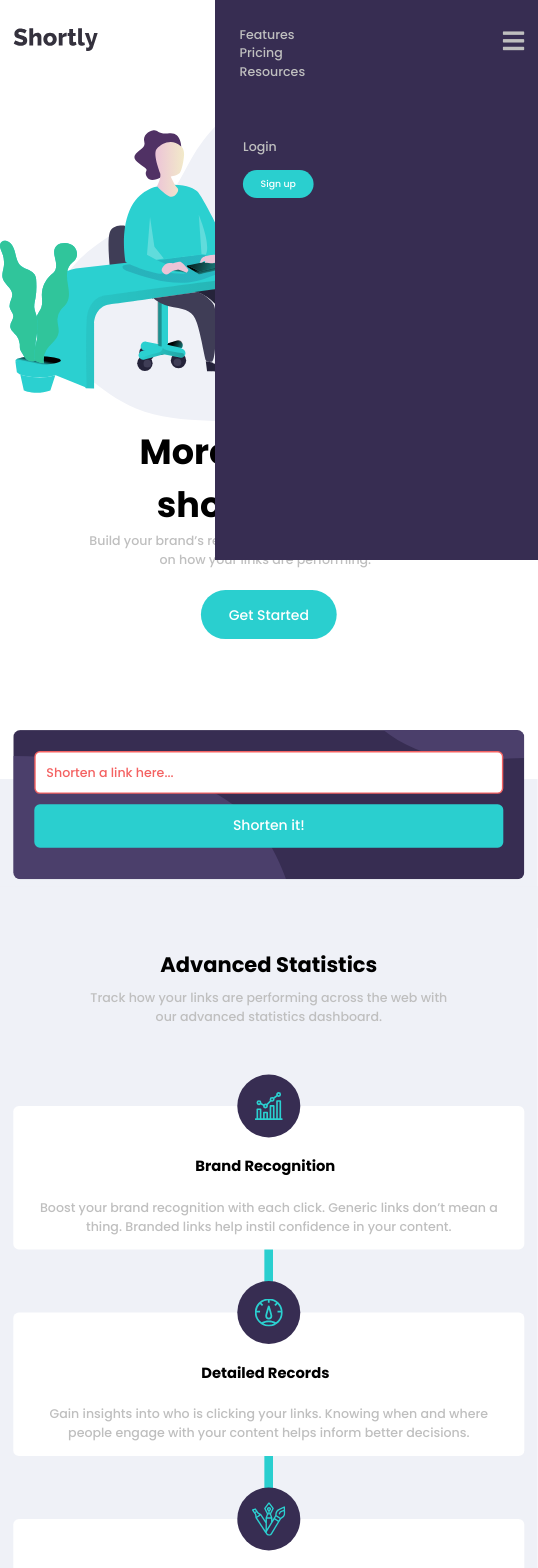
Repository: mamulini/URL-shortener
Page: index.html
The author's editor kept a copy of each file at every save. The page is drawn from the files as they stood at one save, then again after the next save.
The browser window is 768 px wide. The pictures show the part of the page from y = 0 to 2240 px (the page is 3167 px tall), at 70% of full size.
Some web libraries are served in a nearby version. The style sheet was rebuilt from its Sass, Less or Tailwind sources for each picture, by a compiler version that may differ from the author's.

Above is the page before, as saved 2020-04-29 12:44:38.

After the next save:
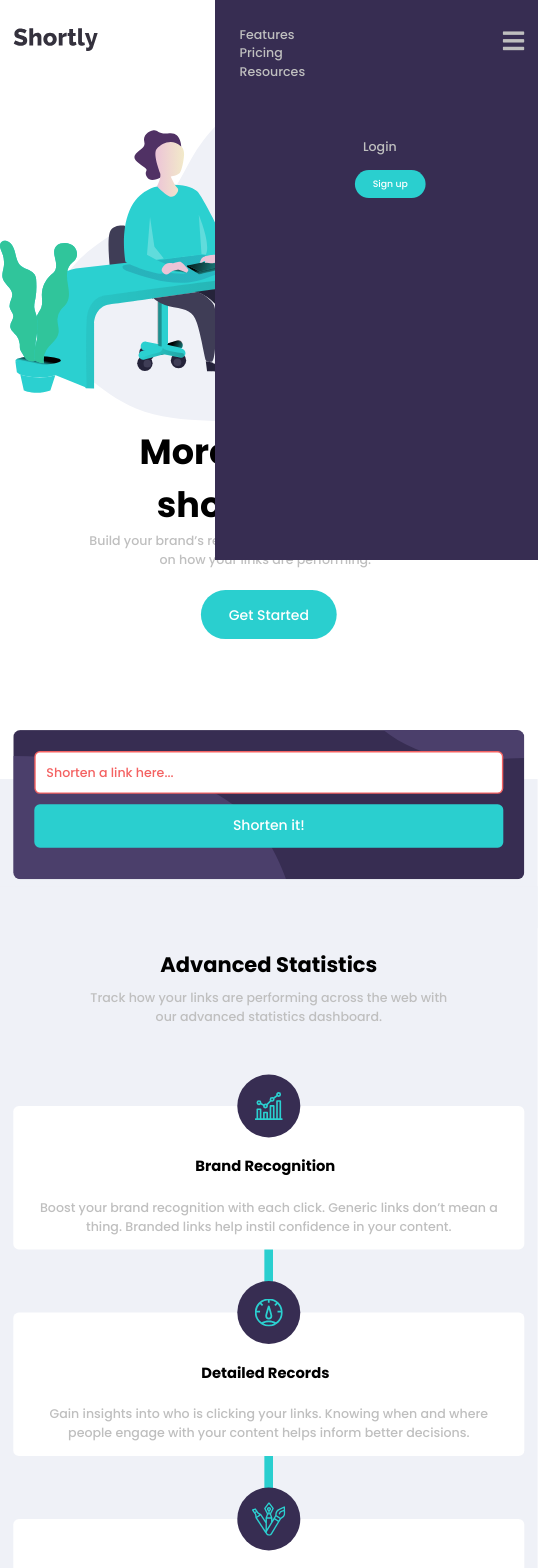
Saved 23 s later.
--- a/sass/main.scss
+++ b/sass/main.scss
@@ -122,7 +122,7 @@ img {
         display: flex;
         flex-direction: column;
         padding: 80px 0 0 20px ;
-        align-items: flex-start;
+        align-items: center;
         }
 
     &__login{
